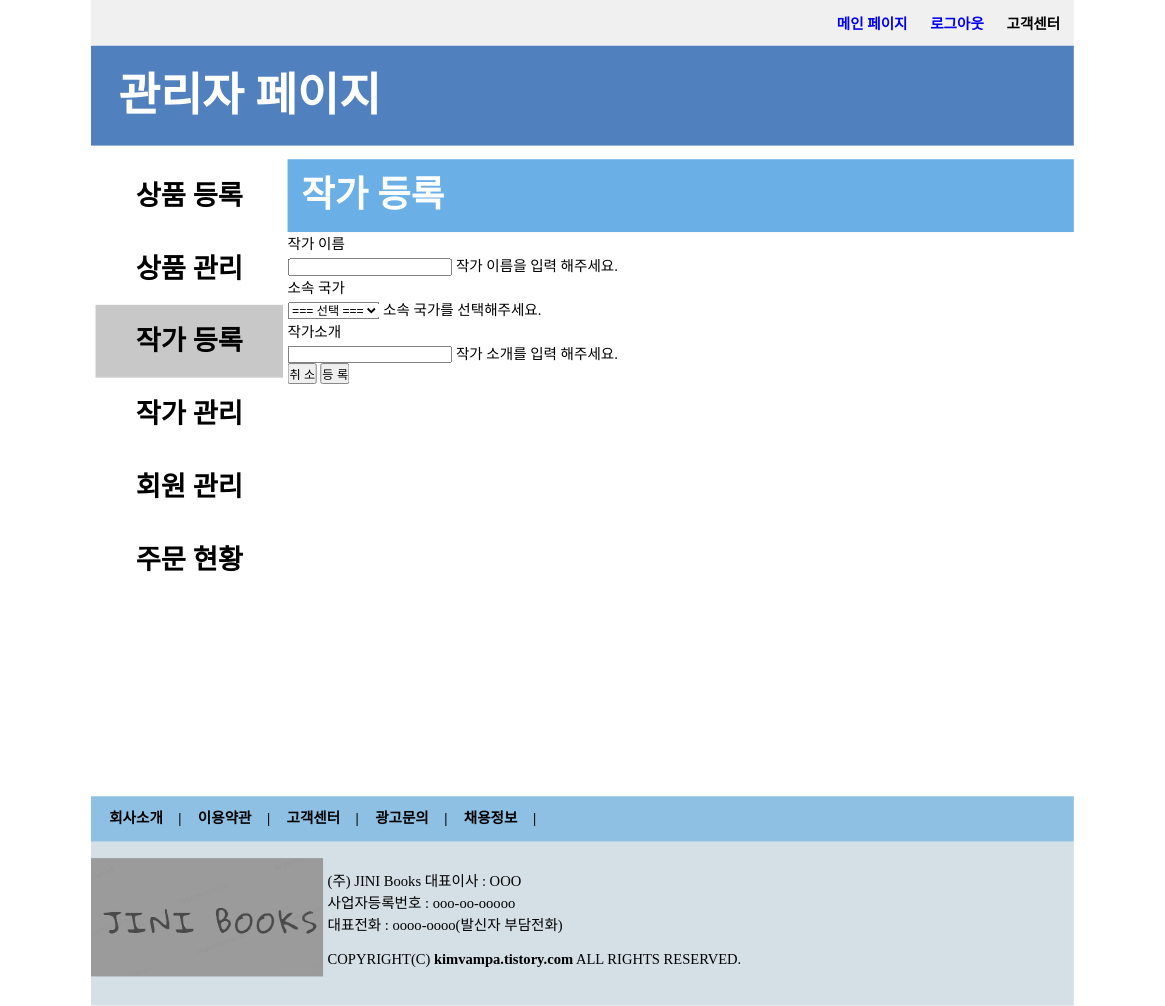
Repository: leechanjin7/ShoppingMall
Page: http://localhost/ShoppingMall/WEB-INF/views/admin/authorEnroll.jsp
The author's editor kept a copy of each file at every save. The page is drawn from the files as they stood at one save, then again after the next save.
The browser window is 1280 px wide. The pictures show the whole page, at 91% of full size.
The page is served by Tomcat 9. Nobody is signed in. Other server files are loaded and not shown. The template is opened directly, without the code that normally fills it, so the values that code supplies are empty.

Above is the page before, as saved 2023-09-08 01:01:13.

### workspace/ShoppingMall/src/main/webapp/WEB-INF/views/admin/authorEnroll.jsp
<%@ page language="java" contentType="text/html; charset=UTF-8"
    pageEncoding="UTF-8"%>
<!DOCTYPE html>
<html>
<head>
<meta charset="UTF-8">
<title>Insert title here</title>
<link rel="stylesheet" href="../resources/css/admin/authorEnroll.css">

<script
  src="https://code.jquery.com/jquery-3.4.1.js"
  integrity="sha256-WpOohJOqMqqyKL9FccASB9O0KwACQJpFTUBLTYOVvVU="
  crossorigin="anonymous"></script>
</head>
</head>
<body>

				<%@include file="../includes/admin/header.jsp" %>

                <div class="admin_content_wrap">
                    <div class="admin_content_subject"><span>작가 등록</span>
                </div>
                    <div class="admin_content_main">
                    	<form action="/admin/authorEnroll.do" method="post" id="enrollForm">
                    		<div class="form_section">
                    			<div class="form_section_title">
                    				<label>작가 이름</label>
                    			</div>
                    			<div class="form_section_content">
                    				<input name="authorName">
                    				<span id="warn_authorName">작가 이름을 입력 해주세요.</span>
                    			</div>
                    		</div>
                    		<div class="form_section">
                    			<div class="form_section_title">
                    				<label>소속 국가</label>
                    			</div>
                    			<div class="form_section_content">
                    				<select name="nationId">
                    					<option value="none" selected>=== 선택 ===</option>
                    					<option value="01">국내</option>
                    					<option value="02">국외</option>
                    				</select>
                    				<span id="warn_nationId">소속 국가를 선택해주세요.</span>
                    			</div>
                    		</div>
                    		<div class="form_section">
                    			<div class="form_section_title">
                    				<label>작가소개</label>
                    			</div>
                    			<div class="form_section_content">
                    				<input name="authorIntro" type="text">
                    				<span id="warn_authorIntro">작가 소개를 입력 해주세요.</span>
                    			</div>
                    		</div>
                   		</form>
                   			<div class="btn_section">
                   				<button id="cancelBtn" class="btn">취 소</button>
	                    		<button id="enrollBtn" class="btn enroll_btn">등 록</button>
	                    	</div>
                    </div>
                </div>

                <%@include file="../includes/admin/footer.jsp" %>

<script>

	//등록 버튼
	$("#enrollBtn").click(function(){
		//검사 통과 유무 변수
		let nameCheck = false;			//작가이름
		let nationCheck = false;		//소속국가
		let introCheck = false;			//작가소개

		//입력값 변수
		let authorName = $('input[name=authorName]').val();
		let nationId = $('select[name=nationId]').val();
		let authorIntro = $('input[name=authorIntro]').val();

		//공란 경고 span 태그
		let wAuthorName = $('#warn_authorName');
		let wNationId = $('#warn_nationId');
		let wAuthorIntro = $('#warn_authorIntro');

	    /* 작가 이름 공란 체크 */
	    if(authorName ===''){
	        wAuthorName.css('display', 'block');
	        nameCheck = false;
	    } else{
	        wAuthorName.css('display', 'none');
	        nameCheck = true;
	    }

	    /* 소속 국가 공란 체크 */
	    if(nationId ==='none'){
	        wNationId.css('display', 'block');
	        nationCheck = false;
	    } else{
	        wNationId.css('display', 'none');
	        nationCheck = true;
	    }

	    /* 작가 소개 공란 체크 */
	    if(authorIntro ===''){
	        wAuthorIntro.css('display', 'block');
	        introCheck = false;
	    } else{
	        wAuthorIntro.css('display', 'none');
	        introCheck = true;
	    }

		//최종검사
		if(nameCheck && nationCheck && introCheck){
			$("#enrollForm").submit();
		}else{
			return;
		}


	});

	//취소 버튼
	$("#cancelBtn").click(function(){
		location.href = "/admin/authorManage"
	});




</script>

</body>
</html>

### workspace/ShoppingMall/src/main/webapp/WEB-INF/views/includes/admin/header.jsp
<%@ page language="java" contentType="text/html; charset=UTF-8"
    pageEncoding="UTF-8"%>


    <div class="wrapper">
        <div class="wrap">
            <!-- gnv_area -->
            <div class="top_gnb_area">
                <ul class="list">
                    <li><a href="/main">메인 페이지</a></li>
                    <li><a href="/member/logout.do">로그아웃</a></li>
                    <li>고객센터</li>
                </ul>
            </div>
            <!-- top_subject_area -->
            <div class="admin_top_wrap">
                <span>관리자 페이지</span>

            </div>
            <!-- contents-area -->
            <div class="admin_wrap">
                <!-- 네비영역 -->
                <div class="admin_navi_wrap">
                  <ul>
                      <li >
                          <a class="admin_list_01" href="/admin/goodsEnroll">상품 등록</a>
                      </li>
                      <li>
                          <a class="admin_list_02" href="/admin/goodsManage">상품 관리</a>
                      </li>
                      <li>
                          <a class="admin_list_03" href="/admin/authorEnroll">작가 등록</a>
                      </li>
                      <li>
                          <a class="admin_list_04" href="/admin/authorManage">작가 관리</a>
                      </li>
                      <li>
                          <a class="admin_list_05">회원 관리</a>
                      </li>
                      <li>
	                      <a class="admin_list_06" href="/admin/orderList">주문 현황</a>
	                  </li>
                  </ul>
                </div>

### workspace/ShoppingMall/src/main/webapp/WEB-INF/views/includes/admin/footer.jsp
<%@ page language="java" contentType="text/html; charset=UTF-8"
    pageEncoding="UTF-8"%>

     <div class="clearfix"></div>
            </div>


        <!-- Footer 영역 -->
        <div class="footer_nav">
            <div class="footer_nav_container">
                <ul>
                    <li>회사소개</li>
                    <span class="line">|</span>
                    <li>이용약관</li>
                    <span class="line">|</span>
                    <li>고객센터</li>
                    <span class="line">|</span>
                    <li>광고문의</li>
                    <span class="line">|</span>
                    <li>채용정보</li>
                    <span class="line">|</span>
                </ul>
            </div>
        </div> <!-- class="footer_nav" -->

        <div class="footer">
            <div class="footer_container">

                <div class="footer_left">
                    <img src="resources/img/Logo.png">
                </div>
                <div class="footer_right">
                    (주) JINI Books    대표이사 : OOO
                    <br>
                    사업자등록번호 : ooo-oo-ooooo
                    <br>
                    대표전화 : oooo-oooo(발신자 부담전화)
                    <br>
                    <br>
                    COPYRIGHT(C) <strong>kimvampa.tistory.com</strong>    ALL RIGHTS RESERVED.
                </div>
                <div class="clearfix"></div>
            </div>
        </div> <!-- class="footer" -->

        </div>
    </div>

### workspace/ShoppingMall/src/main/webapp/resources/css/admin/authorEnroll.css
@charset "UTF-8";
*{
    margin: 0;
    padding:0;
}
a{
    text-decoration: none;
}
ul{
    list-style: none;
}
/* 화면 전체 렙 */
.wrapper{
    width: 100%;
}
/* content 랩 */
.wrap{
    width : 1080px;
    margin: auto;
}
/* 홈페이지 기능 네비 */
.top_gnb_area{
    width: 100%;
    height: 50px;
    background-color: #f0f0f1;
    position:relative;
}
.top_gnb_area .list{
    position: absolute;
    top: 0px;
    right: 0;

}
.top_gnb_area .list li{
    list-style: none;
    float : left;
    padding: 13px 15px 0 10px;
    font-weight: 900;
    cursor: pointer;
}

/* 관리제 페이지 상단 현페이지 정보 */
.admin_top_wrap{
    height:110px;
    line-height: 110px;
    background-color: #5080bd;
    margin-bottom:15px;
}
.admin_top_wrap>span{
    margin-left: 30px;
    display:inline-block;
    color: white;
    font-size: 50px;
    font-weight: bolder;
}
/* 관리자 wrap(네비+컨텐츠) */
.admin_wrap{


}

/* 관리자페이지 네비 영역 */
.admin_navi_wrap{
    width: 20%;
    height: 300px;
    float:left;
    height: 100%;
}
.admin_navi_wrap li{
    display: block;
    height: 80px;
    line-height: 80px;
    text-align: center;
}
.admin_navi_wrap li a{
    display: block;
    height: 100%;
    width: 95%;
    margin: 0 auto;
    cursor: pointer;
    font-size: 30px;
    font-weight: bolder;
}
.admin_navi_wrap li a:link {color: black;}
.admin_navi_wrap li a:visited {color: black;}
.admin_navi_wrap li a:active {color: black;}
.admin_navi_wrap li a:hover {color: black;}

.admin_list_03{
    background-color: #c8c8c8;
}


/* 관리자페이지 컨텐츠 영역 */
.admin_content_wrap{
    width: 80%;
    float:left;
    height: 100%;
    height: 700px;

}
.admin_content_subject{            /* 관리자 컨텐츠 제목 영역 */
    font-size: 40px;
    font-weight: bolder;
    padding-left: 15px;
    background-color: #6AAFE6;
    height: 80px;
    line-height: 80px;
    color: white;
}

/* footer navai 영역 */
.footer_nav{
    width:100%;
    height:50px;
}
.footer_nav_container{
    width: 100%;
    height: 100%;
    background-color:#8EC0E4;
}
.footer_nav_container>ul{
    font-weight : bold;
    float:left;
    list-style:none;
    position:relative;
    padding-top:10px;
    line-height: 27px;
    font-family: dotum;
    margin-left: 10px;
}
.footer_nav_container>ul>li{
    display:inline;
    width: 45px;
    height: 19px;
    padding: 10px 9px 0 10px;
}
.footer_nav_container>ul>span{
    margin: 0 4px;
}
/* footer 영역 */
.footer{
    width:100%;
    height:130px;
    background-color:#D4DFE6;
    padding-bottom : 50px;
}
.footer_container{
    width: 100%;
    height: 100%;
    margin: auto;
}
.footer_left>img {
    width: 150%;
    height: 130px;
    margin-left: -20px;
    margin-top: -12px;
}
.footer_left{
    float :left;
    width: 170px;
    margin-left: 20px;
    margin-top : 30px;

}
.footer_right{
    float :left;
    width: 680px;
    margin-left: 70px;
    margin-top : 30px;
}




/* float 속성 해제 */
.clearfix{
    clear: both;
}

After the next save:
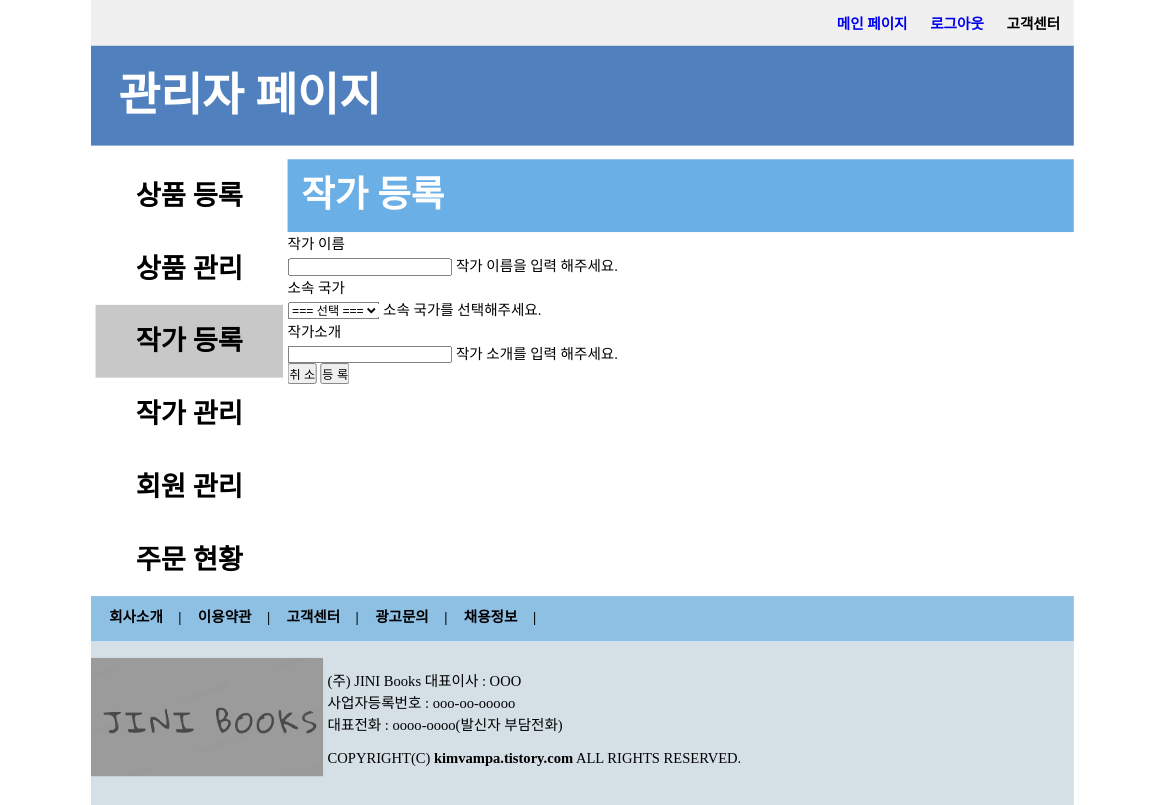
Saved 15 min 54 s later.
--- a/workspace/ShoppingMall/src/main/webapp/resources/css/admin/authorEnroll.css
+++ b/workspace/ShoppingMall/src/main/webapp/resources/css/admin/authorEnroll.css
@@ -96,7 +96,6 @@ ul{
     width: 80%;
     float:left;
     height: 100%;
-    height: 700px;
 
 }
 .admin_content_subject{            /* 관리자 컨텐츠 제목 영역 */
